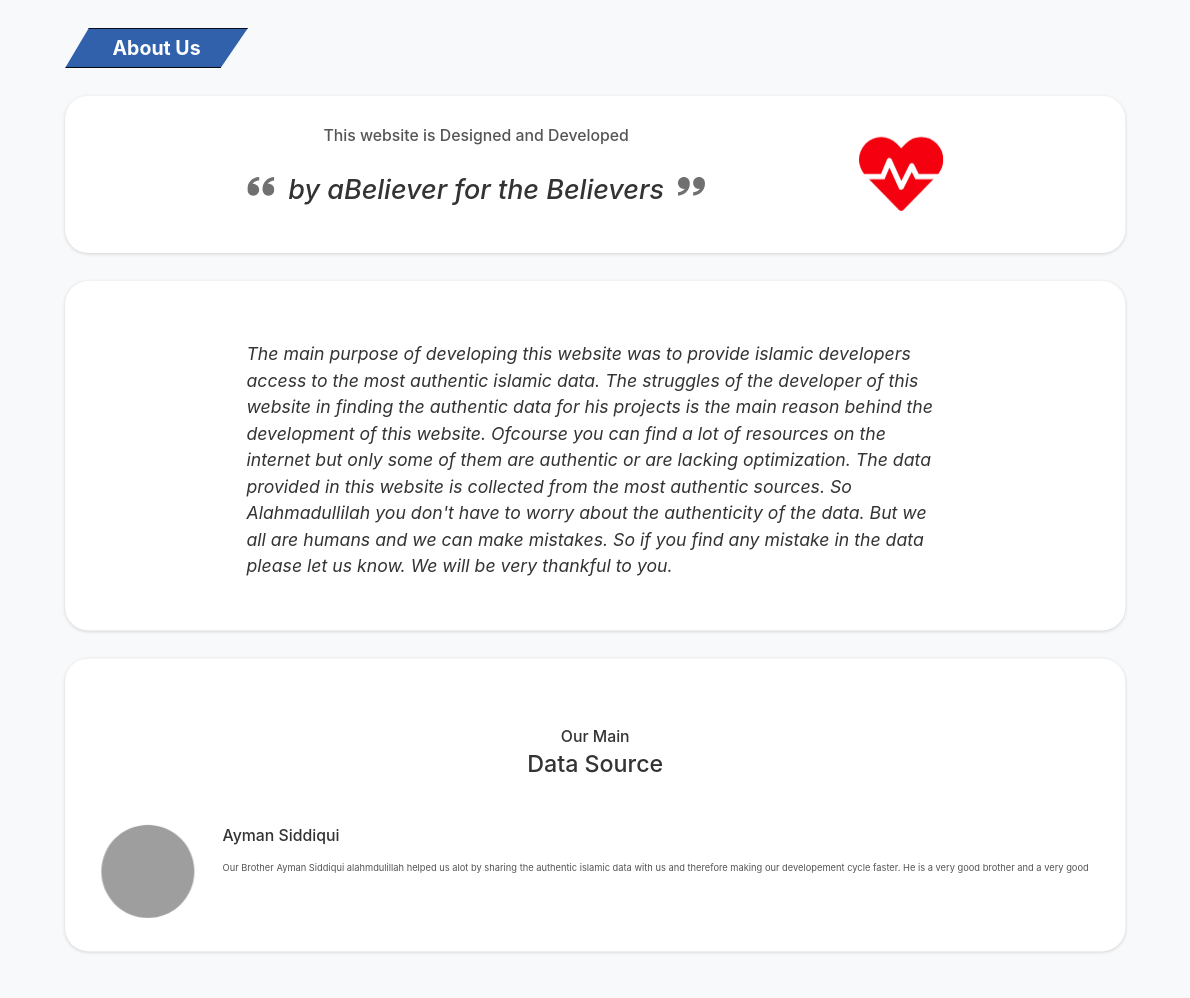
Repository: SpicierEwe/islamic-dev-repo
Page: /legal/about_us
An editor plug-in stored every save of this project. The page is shown before and after the next save, followed by the edit.
The browser window is 1280 px wide. The pictures show the whole page, at 93% of full size.
Pictures or frames that could not be fetched are drawn as grey boxes. The project was rebuilt for these pictures with package versions that can differ from the ones it lists, and the page was loaded fresh each time. The framework's server and built-in components were replaced by stand-ins that run in the browser. Also part of the build but not shown: next.config.js.

Above is the page before, as saved 2022-09-16 20:18:19.

After the next save:
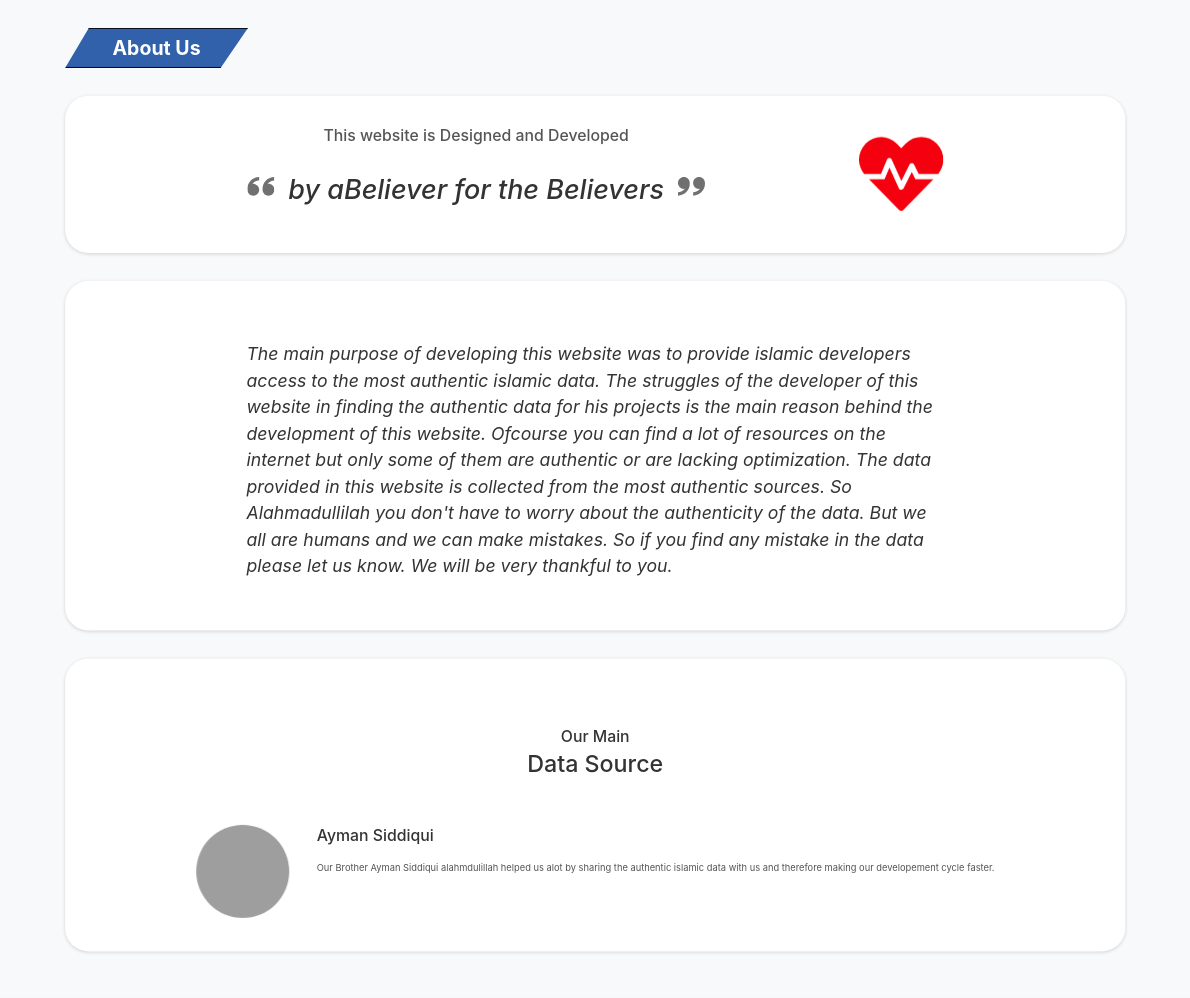
Saved 23 s later.
--- a/components/legal/about_us/about_us.js
+++ b/components/legal/about_us/about_us.js
@@ -64,8 +64,7 @@ export default function AboutUs(props) {
             <p>
               Our Brother Ayman Siddiqui alahmdulillah helped us alot by sharing
               the authentic islamic data with us and therefore making our
-              developement cycle faster. He is a very good brother and a very
-              good
+              developement cycle faster.
             </p>
           </div>
         </div>
